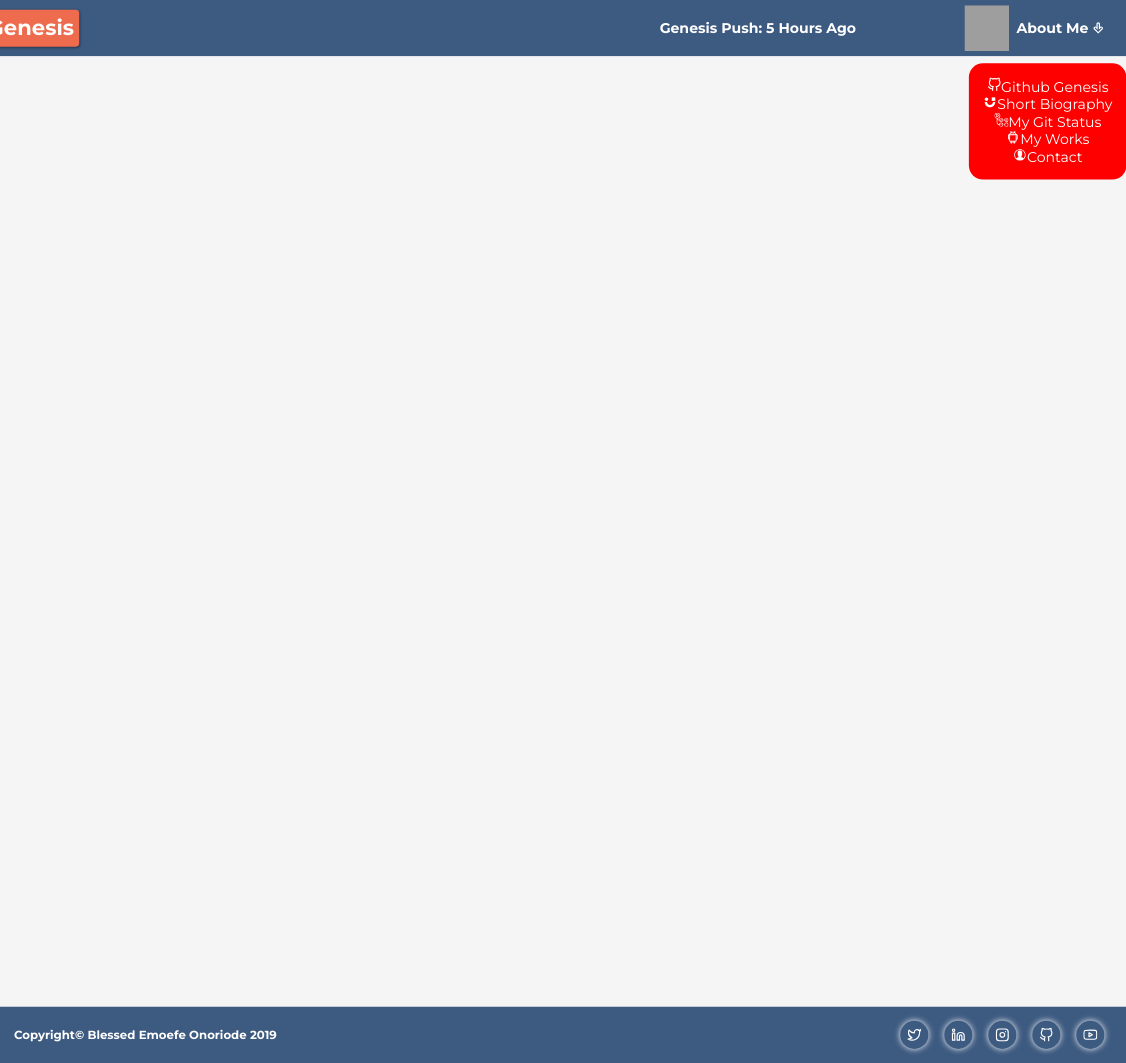
Repository: BlessedEmoefe/github-genesis
Page: /
These files come from the project's save history. The page is drawn as it stood at one moment and after the next save; the edit follows.
The browser window is 1280 px wide. The pictures show the whole page, at 88% of full size.
Pictures or frames that could not be fetched are drawn as grey boxes. The project was rebuilt for these pictures with package versions that can differ from the ones it lists, and the page was loaded fresh each time.

Above is the page before, as saved 2021-03-24 17:40:37.

### public/index.html
<!DOCTYPE html>
<html lang="en">
  <head>
    <meta charset="utf-8" />
    <link rel="icon" href="%PUBLIC_URL%/circle-cropped.png" />
    <meta name="viewport" content="width=device-width, initial-scale=1" />
    <meta name="theme-color" content="#000000" />
    <meta
      name="description"
      content="Web site created using create-react-app"
    />
    <link rel="apple-touch-icon" href="%PUBLIC_URL%/logo192.png" />
   <link rel="preconnect" href="https://fonts.gstatic.com">
<link href="https://fonts.googleapis.com/css2?family=Montserrat:wght@300;400;500;600;700;900&display=swap" rel="stylesheet">

    <link rel="manifest" href="%PUBLIC_URL%/manifest.json" />

    <title>React App</title>
  </head>
  <body>
    <noscript>You need to enable JavaScript to run this app.</noscript>
    <div id="root"></div>

  </body>
</html>

### src/index.js
import React from 'react';
import ReactDOM from 'react-dom';
import './index.css';
import Home from './pages/home';

ReactDOM.render(
  <React.StrictMode>
    <Home/>
  </React.StrictMode>,
  document.getElementById('root')
);

### src/index.css
body {
  margin: 0;
  font-family: 'Montserrat', sans-serif;
}
*{
  box-sizing:border-box;

}
p, b, h1, h2, h3, h4, h5, h6, span, div{
margin:0;
padding:0;
}

code {
font-family: 'Montserrat', sans-serif;
}

### src/pages/home/index.jsx
import React from "react";
import Body from "../../component/body";
import Footer from "../../component/footer";
import Header from "../../component/header";
import { HomeStyles } from "./styles";

const Home = () => {

  return (
    <HomeStyles>
      <Header />
      <Body />
      <Footer />
    </HomeStyles>
  );
};

export default Home;

### src/component/body/index.jsx
import React from 'react';
import { BodyStyles } from "./styles";

const Body = () => {
  return (
    <BodyStyles>

    </BodyStyles>
  )
}

export default Body;

### src/component/footer/index.jsx
import React from "react";
import { FooterStyles } from "./styles";
import {
  FiYoutube as Youtube,
  FiTwitter as Twitter,
  FiLinkedin as LinkedIn,
  FiInstagram as Instagram,
  FiGithub as Github
} from "react-icons/fi";

const Footer = () => {
  const socialData = [
    { name: "twitter", icon: <Twitter />, url: "#" },
    { name: "linkedIn", icon: <LinkedIn />, url: "#" },
    { name: "instagram", icon: <Instagram />, url: "#" },
    { name: "github", icon: <Github />, url: "#" },
    { name: "youtube", icon: <Youtube />, url: "#" },
  ];
  return (
    <FooterStyles>
      <div className="copyright">
        <small>Copyright© Blessed Emoefe Onoriode 2019</small>
      </div>
      <div className="socialMedia">
        {socialData.map(({ name, icon, url }) => (
          <div className="socialcontainer" name={name}>{icon}</div>
        ))}
      </div>
    </FooterStyles>
  );
};

export default Footer;

### src/component/header/index.jsx
import React, { useState, useEffect } from "react";
import Profile from "../profile";
import { HeaderStyles } from "./styles";

const Header = () => {
  const [timer, setTimer] = useState(0);

  useEffect(() => {
    const Interval = setInterval(() => {
      setTimer((timer) => timer + 1);
    }, 1000);
    return () => {
      clearInterval(Interval);
    };
  }, []);
  return (
    <HeaderStyles>
      <div className="headerTitle">
        <h2>My GitHub Genesis</h2>
      </div>
      <div className="timer">
        <b>
          Genesis Push: {timer} <span>Hours Ago</span>
        </b>
      </div>
      <Profile/>
    </HeaderStyles>
  );
}

export default Header;

### src/pages/home/styles.js
import styled from "styled-components";

export const HomeStyles = styled.div`
  background: whitesmoke;
  width: 100%;
  height: 100vh;
  margin: 0;
`;

### src/component/body/styles.js
import styled from "styled-components";

export const BodyStyles = styled.div`
background:whitesmoke;
width:100%;
height:150vh;
`

### src/component/footer/styles.js
import styled from "styled-components";
import { color } from '../../config/colors';

export const FooterStyles = styled.div`
  background: ${color.primary};
  width: 100%;
  height: max-content;
  display: flex;
  justify-content: space-between;
  align-items: center;
  padding: 1rem 1rem;
  margin: 0;
  color: white;

  .copyright {
    /* background: red; */
    small {
      font-weight: bolder;
      cursor: pointer;
    }
  }
  .socialMedia {
    cursor: pointer;
    display: flex;
    justify-content: space-around;
    align-items: center;
    width: 20%;

    .socialcontainer {
      border-radius: 50%;
      -webkit-box-shadow: 0px 0px 7px 0px rgba(255, 255, 255, 1);
      -moz-box-shadow: 0px 0px 7px 0px rgba(255, 255, 255, 1);
      box-shadow: 0px 0px 7px 0px rgba(255, 255, 255, 1);
      width: max-content;
      height: max-content;
      padding: 0.5rem;
      display: flex;
      justify-content: space-around;
      align-items: center;
    }
  }
`;

### src/component/profile/index.jsx
import React, { useState } from 'react';
import { ProfileStyles } from "./styles";
import ProfileImage from "../../assets/ProfileImage.png";
import {
  TiArrowDownOutline as ArrowDown,
  TiArrowUpOutline as ArrowUp
} from "react-icons/ti";
import { CgUserlane as BiographyIcon } from "react-icons/cg";
import { FiGithub as GithubGenesisIcon } from "react-icons/fi";
import { SiGithubactions as GitStatusIcon } from "react-icons/si";
import { AiOutlineAndroid as MyWorksIcon } from "react-icons/ai";
import { IoIosContact as ContactIcon } from "react-icons/io";

const Profile = () => {
  const [isOpen, setIsOpen] = useState(false);
  const OpenProfileModal =()=> {
    setIsOpen(isOpen=>!isOpen)
  }

  const profileData = [
    { icon: <GithubGenesisIcon />, name: "Github Genesis", url: "#" },
    { icon: <BiographyIcon />, name: "Short Biography", url: "#" },
    { icon: <GitStatusIcon />, name: "My Git Status", url: "#" },
    { icon: <MyWorksIcon />, name: "My Works", url: "#" },
    { icon: <ContactIcon />, name: "Contact", url: "#" },
  ];
  return (
    <ProfileStyles>
      <div className="imageContainer">
        <img src={ProfileImage} alt="profileimg" width="100%" height="100%" />
      </div>
      <div className="profileTextAndIcon" onClick={OpenProfileModal}>
        <b>About Me</b>
        {isOpen ? <ArrowUp /> : <ArrowDown />}
      </div>
      <div className="profileContentContainer">
        {profileData.map(({icon,name,url }) => (
          <div className="profileContent">
            {icon}
            <span>{name}</span>
          </div>
        ))}
      </div>
    </ProfileStyles>
  );
}

export default Profile;

### src/component/header/styles.js
import styled from "styled-components";
import {color} from "../../config/colors"

export const HeaderStyles = styled.div`
    display: flex;
    justify-content: flex-end;
    align-items: center;
    width: 100%;
    height: max-content;
    background: ${color.primary};
    padding: 0.4rem 1.5rem;
    color:white;

    .headerTitle {
      font-size: 1rem;
      font-weight: 500;
      width: max-content;
      height: max-content;
      padding: 0.4rem;
      background: ${color.secondary};
      border-radius: 4px;
      box-shadow: 1px 1px 3px rgba(0, 0, 0, 0.3), 0 1px 3px rgba(0, 0, 0, 0.2);
      display: flex;
      position: absolute;
      left: -12.5%;
      transition: 0.6s ease-out;
      :hover {
        left: 0%;
        transition: 0.6s ease-in;
      }
    }
    .about {
      font-size: 1rem;
      font-weight: 700;
      font-family: inherit;
    }
    .timer {
      font-size: 1rem;
      font-weight: 700;
    }

`;

### src/config/colors/index.jsx
/*This is the color component for the app. Theming and color variations should live here */
export const color = {
  primary: "#3D5A80",
  secondary: "#EE6C4D",
  tertiary: "#293241",
  background: "#98C1D9",
  text: "#060B0F",
};

### src/component/profile/styles.js
import styled from "styled-components";

export const ProfileStyles = styled.div`
  height: 100%;
  width: max-content;
  display: flex;
  justify-content: space-around;
  align-items: center;
  flex-wrap: wrap;
  margin-left: 10%;

  .imageContainer {
    height: 3.2rem;
    width: 3.2rem;
    border-radius: 50%;
    cursor: pointer;
  }
  .profileTextAndIcon {
    display: flex;
    justify-content: space-around;
    align-items: center;
    flex-wrap: nowrap;
    margin-left: 0.5rem;
    cursor: pointer;
    b {
      font-size: 1rem;
      margin-right: 0.2rem;
    }
  }
  .profileContentContainer {
    width: max-content;
    padding:1rem 1rem;
    background: red;
    position: absolute;
    right: 0;
    top: 4.5rem;
    border-radius: 1rem;
    display: flex;
    flex-direction:column;
    justify-content: space-between;
    align-items: center;
  }
`;

After the next save:
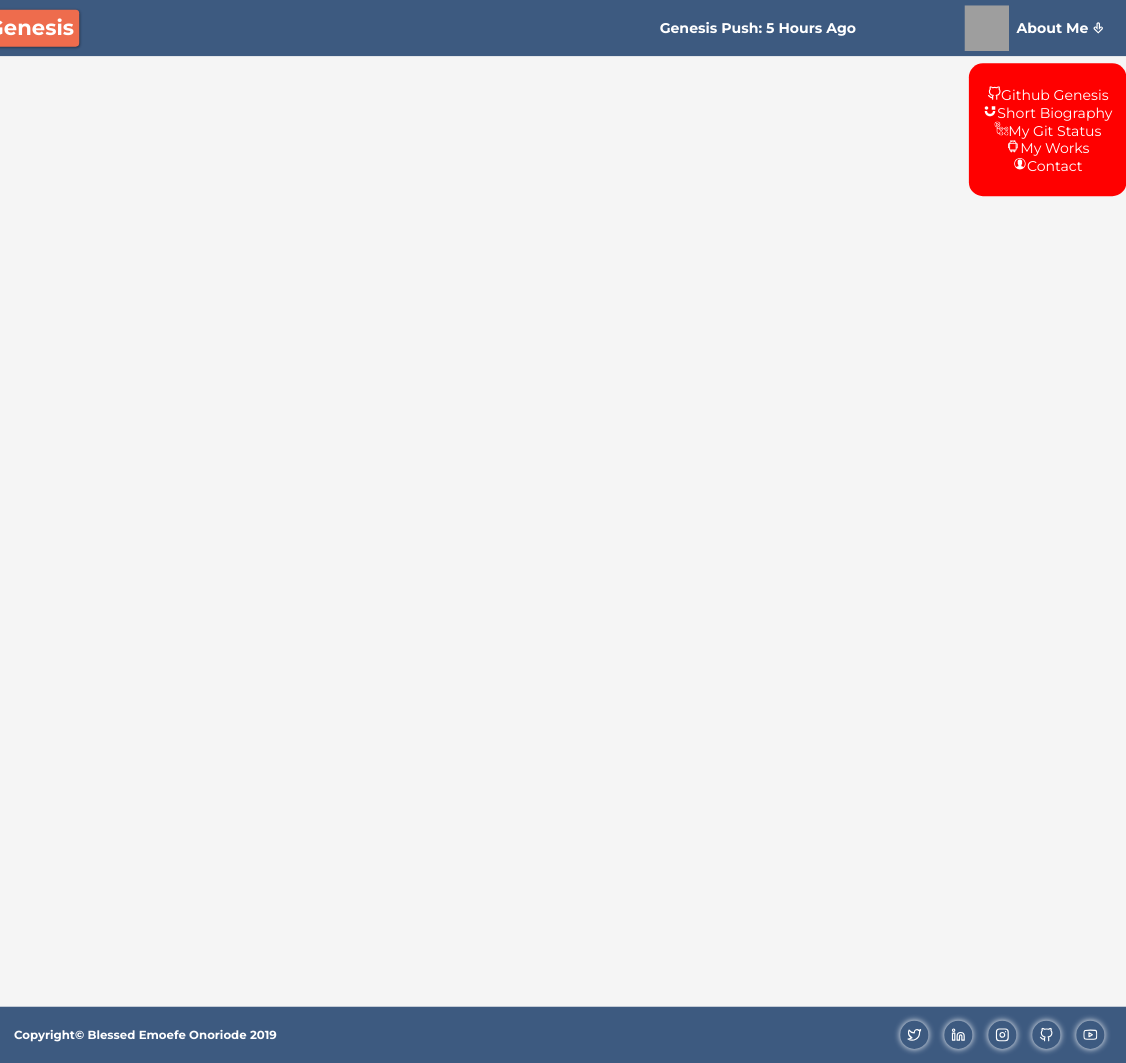
Saved 4 s later.
--- a/src/component/profile/styles.js
+++ b/src/component/profile/styles.js
@@ -29,7 +29,7 @@ export const ProfileStyles = styled.div`
   }
   .profileContentContainer {
     width: max-content;
-    padding:1rem 1rem;
+    padding:1.6rem 1rem;
     background: red;
     position: absolute;
     right: 0;
